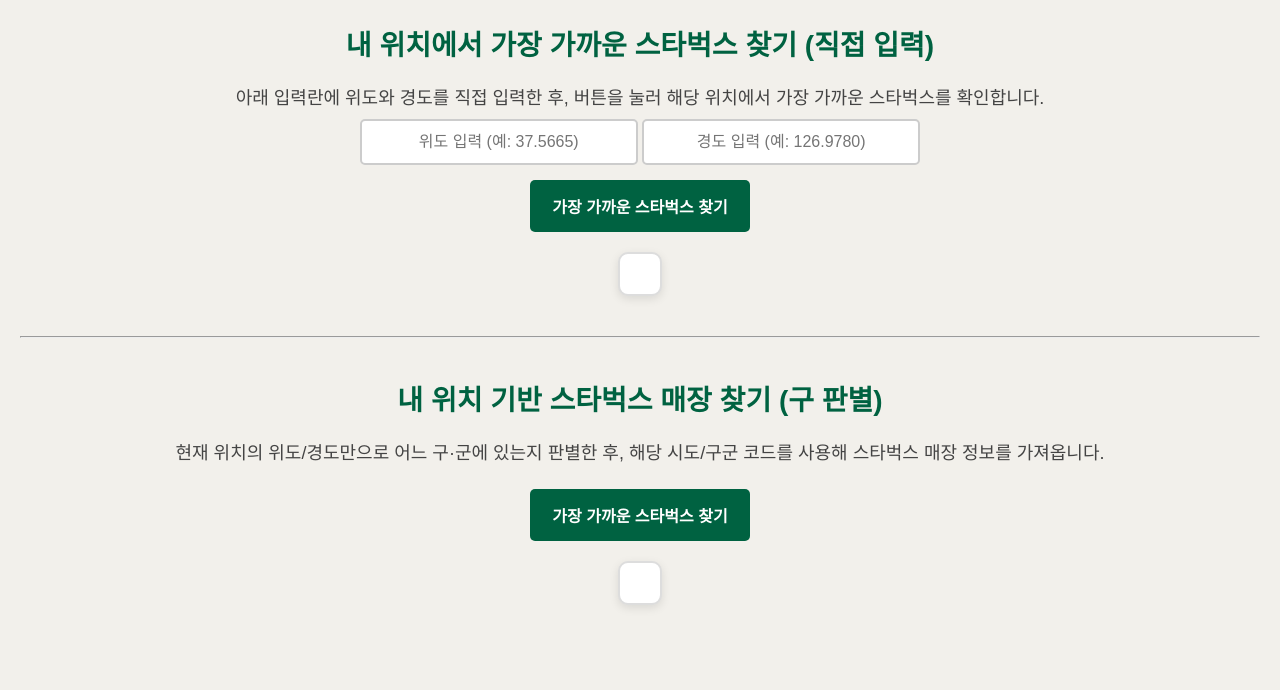
Repository: siat-class-project/starbuck-menu-site
Page: test.html
These files come from the project's save history. The page is drawn as it stood at one moment and after the next save; the edit follows.
The browser window is 1280 px wide. The pictures show the whole page.

Above is the page before, as saved 2025-02-21 03:23:28.

### test.html
<!DOCTYPE html>
<html lang="ko">
<head>
  <meta charset="UTF-8">
  <title>내 위치 기반 스타벅스 매장 찾기 - 통합버전</title>
  <link rel="stylesheet" href="style.css">

  <!-- Turf.js 라이브러리 (CDN) -->
  <script src="https://cdn.jsdelivr.net/npm/@turf/turf@6/turf.min.js"></script>
</head>
<body>
  <!-- [섹션 1] 직접 입력 방식 -->
  <section id="section1">
    <h1>내 위치에서 가장 가까운 스타벅스 찾기 (직접 입력)</h1>
    <p>아래 입력란에 위도와 경도를 직접 입력한 후, 버튼을 눌러 해당 위치에서 가장 가까운 스타벅스를 확인합니다.</p>
    <div>
      <input type="text" id="latitude1" placeholder="위도 입력 (예: 37.5665)">
      <input type="text" id="longitude1" placeholder="경도 입력 (예: 126.9780)">
    </div>
    <button id="findBtn1">가장 가까운 스타벅스 찾기</button>
    <div id="result1" class="result-box"></div>
  </section>

  <hr>

  <!-- [섹션 2] Geolocation 및 구 판별 방식 -->
  <section id="section2">
    <h1>내 위치 기반 스타벅스 매장 찾기 (구 판별)</h1>
    <p>
      현재 위치의 위도/경도만으로 어느 구·군에 있는지 판별한 후, 해당 시도/구군 코드를 사용해 스타벅스 매장 정보를 가져옵니다.
    </p>
    <button id="findBtn2">가장 가까운 스타벅스 찾기</button>
    <div id="result2" class="result-box"></div>
  </section>

  <script>
    /* ===============================
       [공통 함수들]
    ================================ */
    function computeDistance(lat1, lon1, lat2, lon2) {
      const toRad = x => x * Math.PI / 180;
      const R = 6371; // km
      const dLat = toRad(lat2 - lat1);
      const dLon = toRad(lon2 - lon1);
      const a = Math.sin(dLat/2) ** 2 +
                Math.cos(toRad(lat1)) * Math.cos(toRad(lat2)) *
                Math.sin(dLon/2) ** 2;
      const c = 2 * Math.atan2(Math.sqrt(a), Math.sqrt(1 - a));
      return R * c;
    }

    function findNearestStore(stores, currentLat, currentLng) {
      let nearestStore = null;
      let minDistance = Infinity;
      stores.forEach(store => {
        const storeLat = parseFloat(store.lat);
        const storeLng = store.lng ? parseFloat(store.lng) : parseFloat(store.lot);
        if (isNaN(storeLat) || isNaN(storeLng)) return;
        const distance = computeDistance(currentLat, currentLng, storeLat, storeLng);
        if (distance < minDistance) {
          minDistance = distance;
          nearestStore = { ...store, distance };
        }
      });
      return nearestStore;
    }

    /* ===============================
       [섹션 1] 직접 입력 방식 관련
    ================================ */
    async function fetchStarbucksStoresDirect(lat, lng) {
      // 예제에서는 서울(01) / 해운대구(0118) 사용
      const sido_cd = "01";
      const gugun_cd = "0118";
      const formData = new URLSearchParams();
      formData.append('ins_lat', lat);
      formData.append('ins_lng', lng);
      formData.append('p_sido_cd', sido_cd);
      formData.append('p_gugun_cd', gugun_cd);
      formData.append('in_biz_cd', '');
      formData.append('iend', '2000');
      formData.append('set_date', '');

      try {
        const response = await fetch("https://www.starbucks.co.kr/store/getStore.do", {
          method: "POST",
          headers: { "Content-Type": "application/x-www-form-urlencoded" },
          body: formData.toString()
        });
        const data = await response.json();
        return data.list;
      } catch (error) {
        console.error("스타벅스 매장 데이터 요청 에러:", error);
        throw error;
      }
    }

    document.getElementById("findBtn1").addEventListener("click", async () => {
      const resultDiv = document.getElementById("result1");
      const latInput = document.getElementById("latitude1").value.trim();
      const lngInput = document.getElementById("longitude1").value.trim();
      if (!latInput || !lngInput) {
        resultDiv.innerHTML = "<p class='detail'>위도와 경도를 입력하세요.</p>";
        return;
      }
      const currentLat = parseFloat(latInput);
      const currentLng = parseFloat(lngInput);
      if (isNaN(currentLat) || isNaN(currentLng)) {
        resultDiv.innerHTML = "<p class='detail'>유효한 위도와 경도를 입력하세요.</p>";
        return;
      }
      resultDiv.innerHTML = `<p class="detail">입력된 위치: <span class="highlight">${currentLat.toFixed(5)}, ${currentLng.toFixed(5)}</span></p>
                              <p class="detail">스타벅스 매장 정보를 가져오는 중입니다...</p>`;
      try {
        const stores = await fetchStarbucksStoresDirect(currentLat, currentLng);
        if (!stores || stores.length === 0) {
          resultDiv.innerHTML += "<p class='detail'>매장 정보를 불러오지 못했습니다.</p>";
          return;
        }
        const nearestStore = findNearestStore(stores, currentLat, currentLng);
        if (nearestStore) {
          resultDiv.innerHTML += `<p class="header">가장 가까운 스타벅스 매장</p>
                                  <p class="detail">매장명: <span class="highlight">${nearestStore.s_name}</span></p>
                                  <p class="detail">주소: <span class="highlight">${nearestStore.addr}</span></p>
                                  <p class="detail">약 <span class="highlight">${nearestStore.distance.toFixed(2)}</span> km 떨어져 있습니다.</p>`;
        } else {
          resultDiv.innerHTML += "<p class='detail'>좌표 정보를 찾을 수 없는 매장이 있습니다.</p>";
        }
      } catch (error) {
        resultDiv.innerHTML = `<p class="detail">에러 발생: ${error.message}</p>`;
      }
    });

    /* ===============================
       [섹션 2] Geolocation + 구 판별 방식 관련
       - mapping.json과 krDistricts.json 파일 필요 (서버에 존재해야 함)
    ================================ */
    let mappingData = {};
    let districtPolygons = [];

    async function loadMappingData() {
      try {
        const response = await fetch('mapping.json');
        mappingData = await response.json();
      } catch (error) {
        console.error("mapping.json 로드 에러:", error);
      }
    }

    async function loadDistrictPolygons() {
      try {
        const response = await fetch('krDistricts.json');
        const data = await response.json();
        districtPolygons = data.districtPolygons;
      } catch (error) {
        console.error("krDistricts.json 로드 에러:", error);
      }
    }

    function getCurrentLocation() {
      return new Promise((resolve, reject) => {
        if (navigator.geolocation) {
          navigator.geolocation.getCurrentPosition(resolve, reject);
        } else {
          reject(new Error("Geolocation을 지원하지 않는 브라우저입니다."));
        }
      });
    }

    // Turf.js를 이용해 현재 위치의 구·군 판별
    function determineDistrict(lat, lng) {
      const point = turf.point([lng, lat]);
      for (let district of districtPolygons) {
        if (turf.booleanPointInPolygon(point, district.polygon)) {
          return district;
        }
      }
      return null;
    }

    async function fetchStarbucksStoresByDistrict(lat, lng, sido_cd, gugun_cd) {
      const formData = new URLSearchParams();
      formData.append('ins_lat', lat);
      formData.append('ins_lng', lng);
      formData.append('p_sido_cd', sido_cd);
      formData.append('p_gugun_cd', gugun_cd);
      formData.append('in_biz_cd', '');
      formData.append('iend', '2000');
      formData.append('set_date', '');

      try {
        const response = await fetch("https://www.starbucks.co.kr/store/getStore.do", {
          method: "POST",
          headers: { "Content-Type": "application/x-www-form-urlencoded" },
          body: formData.toString()
        });
        const data = await response.json();
        return data.list;
      } catch (error) {
        console.error("스타벅스 매장 데이터 요청 에러:", error);
        throw error;
      }
    }

    document.getElementById("findBtn2").addEventListener("click", async () => {
      const resultDiv = document.getElementById("result2");
      resultDiv.innerHTML = "<p class='detail'>데이터를 불러오고 위치를 확인 중입니다...</p>";
      try {
        await loadMappingData();
        await loadDistrictPolygons();
        const position = await getCurrentLocation();
        const currentLat = position.coords.latitude;
        const currentLng = position.coords.longitude;

        const district = determineDistrict(currentLat, currentLng);
        let sido_cd = mappingData.sidoMapping["서울"]; // 기본값: 서울
        let gugun_cd;
        let districtMessage;
        if (district) {
          gugun_cd = district.code;
          districtMessage = `현재 위치는 <span class="highlight">${district.name}</span>에 속합니다.`;
        } else {
          gugun_cd = "0119"; // 기본값: 중구
          districtMessage = "현재 위치가 어느 구에도 속하지 않아 기본값(중구)을 사용합니다.";
        }

        resultDiv.innerHTML = `<p class="detail">현재 좌표: <span class="highlight">${currentLat.toFixed(5)}, ${currentLng.toFixed(5)}</span></p>
                               <p class="detail">${districtMessage}</p>
                               <p class="detail">(사용 코드: <span class="highlight">${sido_cd} / ${gugun_cd}</span>)</p>
                               <p class="detail">스타벅스 매장 정보를 가져오는 중입니다...</p>`;

        const stores = await fetchStarbucksStoresByDistrict(currentLat, currentLng, sido_cd, gugun_cd);
        if (!stores || stores.length === 0) {
          resultDiv.innerHTML += "<p class='detail'>매장 정보를 불러오지 못했습니다.</p>";
          return;
        }

        const nearestStore = findNearestStore(stores, currentLat, currentLng);
        if (nearestStore) {
          resultDiv.innerHTML += `<p class="header">가장 가까운 스타벅스 매장</p>
                                  <p class="detail">매장명: <span class="highlight">${nearestStore.s_name}</span></p>
                                  <p class="detail">주소: <span class="highlight">${nearestStore.addr}</span></p>
                                  <p class="detail">약 <span class="highlight">${nearestStore.distance.toFixed(2)}</span> km 떨어져 있습니다.</p>`;
        } else {
          resultDiv.innerHTML += "<p class='detail'>좌표 정보를 찾을 수 없는 매장이 있습니다.</p>";
        }
      } catch (error) {
        resultDiv.innerHTML = `<p class="detail">에러 발생: ${error.message}</p>`;
      }
    });
  </script>
</body>
</html>

### css/style.css
@import url('https://fonts.googleapis.com/css2?family=Noto+Sans+KR:wght@300;400;700&display=swap');

body {
    font-family: 'Noto Sans KR', Arial, sans-serif;
    background-color: #f2f0eb;
    margin: 0;
    padding: 0;
    text-align: center;
}

/* 전체 컨테이너 */
.container {
    max-width: 600px;
    margin: 50px auto;
    background: white;
    padding: 30px;
    box-shadow: 0px 4px 15px rgba(0, 0, 0, 0.15);
    border-radius: 12px;
    border: 2px solid #e0e0e0;
}

/* 제목 */
h1 {
    font-size: 28px;
    font-weight: 700;
    color: #006241;
    margin-bottom: 20px;
}

/* 설명 텍스트 */
p {
    font-size: 18px;
    color: #444;
    margin: 10px 0;
}

/* 입력 필드 스타일 */
input {
    padding: 12px;
    font-size: 16px;
    width: 250px;
    border: 2px solid #ccc;
    border-radius: 5px;
    outline: none;
    text-align: center;
    transition: border-color 0.3s ease;
}

input:focus {
    border-color: #006241;
}

/* 버튼 스타일 */
button {
    background-color: #006241;
    color: white;
    border: none;
    padding: 14px 22px;
    font-size: 16px;
    cursor: pointer;
    border-radius: 5px;
    transition: background 0.3s ease;
    margin-top: 15px;
    font-weight: bold;
}

button:hover {
    background-color: #004d32;
}

/* 결과 창 스타일 */
.result-box {
    background: #ffffff;
    border: 2px solid #ddd;
    padding: 20px;
    margin-top: 20px;
    border-radius: 10px;
    text-align: center;
    font-size: 18px;
    line-height: 1.6;
    color: #333;
    box-shadow: 0px 3px 10px rgba(0, 0, 0, 0.1);
}

/* 매장 정보 강조 */
.result-box strong {
    font-size: 20px;
    color: #006241;
    display: block;
    margin-bottom: 10px;
}

/* 매장명 */
.store-name {
    font-size: 22px;
    font-weight: bold;
    color: #d4a373;
    margin-bottom: 5px;
}

/* 주소 스타일 */
.store-address {
    font-size: 18px;
    color: #555;
}

/* 거리 정보 */
.store-distance {
    font-size: 18px;
    font-weight: bold;
    color: #006241;
    margin-top: 10px;
}



body { font-family: Arial, sans-serif; margin: 20px; }
hr { margin: 40px 0; }

/* 출력 결과 스타일링 */
.result-box {
    margin: 0 auto;
    width: fit-content;
  background-color: #ffffff;
  border: 2px solid #ddd;
  border-radius: 10px;
  padding: 20px;
  margin-top: 20px;
  box-shadow: 0px 3px 10px rgba(0, 0, 0, 0.1);
  text-align: center;
  font-size: 18px;
  line-height: 1.6;
  color: #333;
}
.result-box .header {
  font-size: 20px;
  font-weight: bold;
  color: #006241;
  margin-bottom: 10px;
}
.result-box .detail {
  margin-bottom: 5px;
}
.result-box .highlight {
  font-weight: bold;
  color: #d4a373;
}

After the next save:
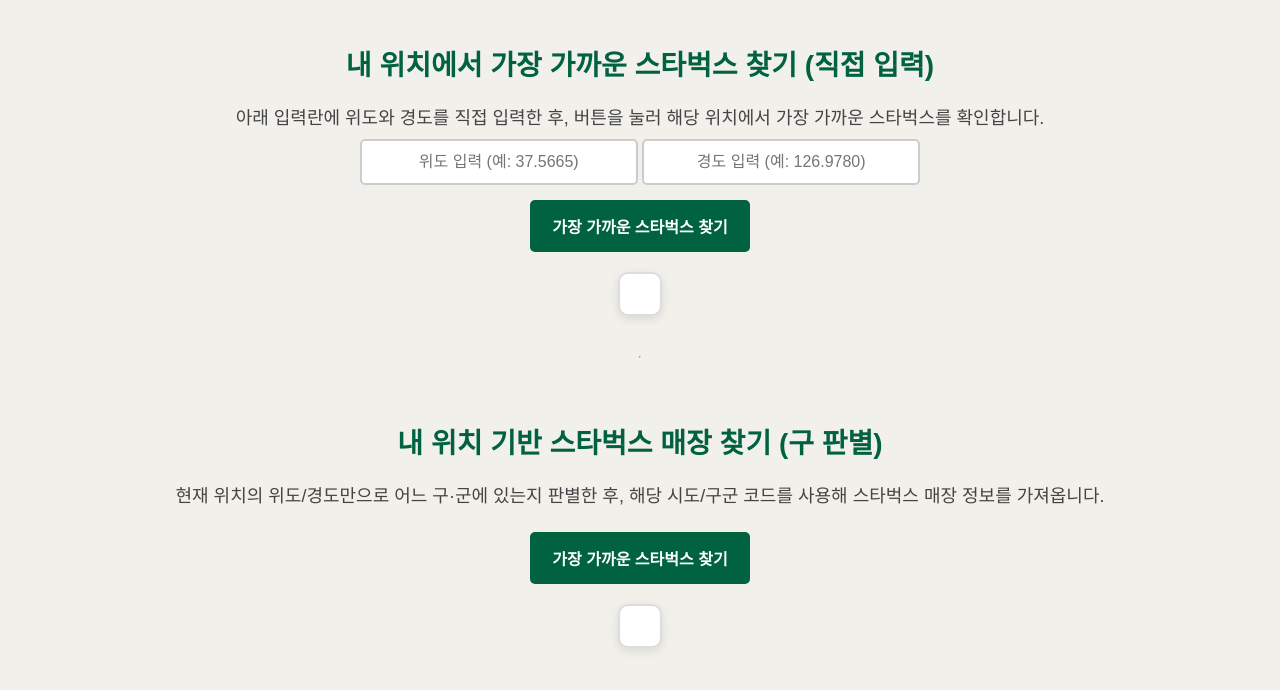
Saved 104 s later.
--- a/css/style.css
+++ b/css/style.css
@@ -6,6 +6,12 @@
     margin: 0;
     padding: 0;
     text-align: center;
+    font-family: 'Noto Sans KR', Arial, sans-serif;
+    background-color: #f2f0eb;
+    text-align: center;
+    display: flex;
+    flex-direction: column;
+    align-items: center;
 }
 
 /* 전체 컨테이너 */
